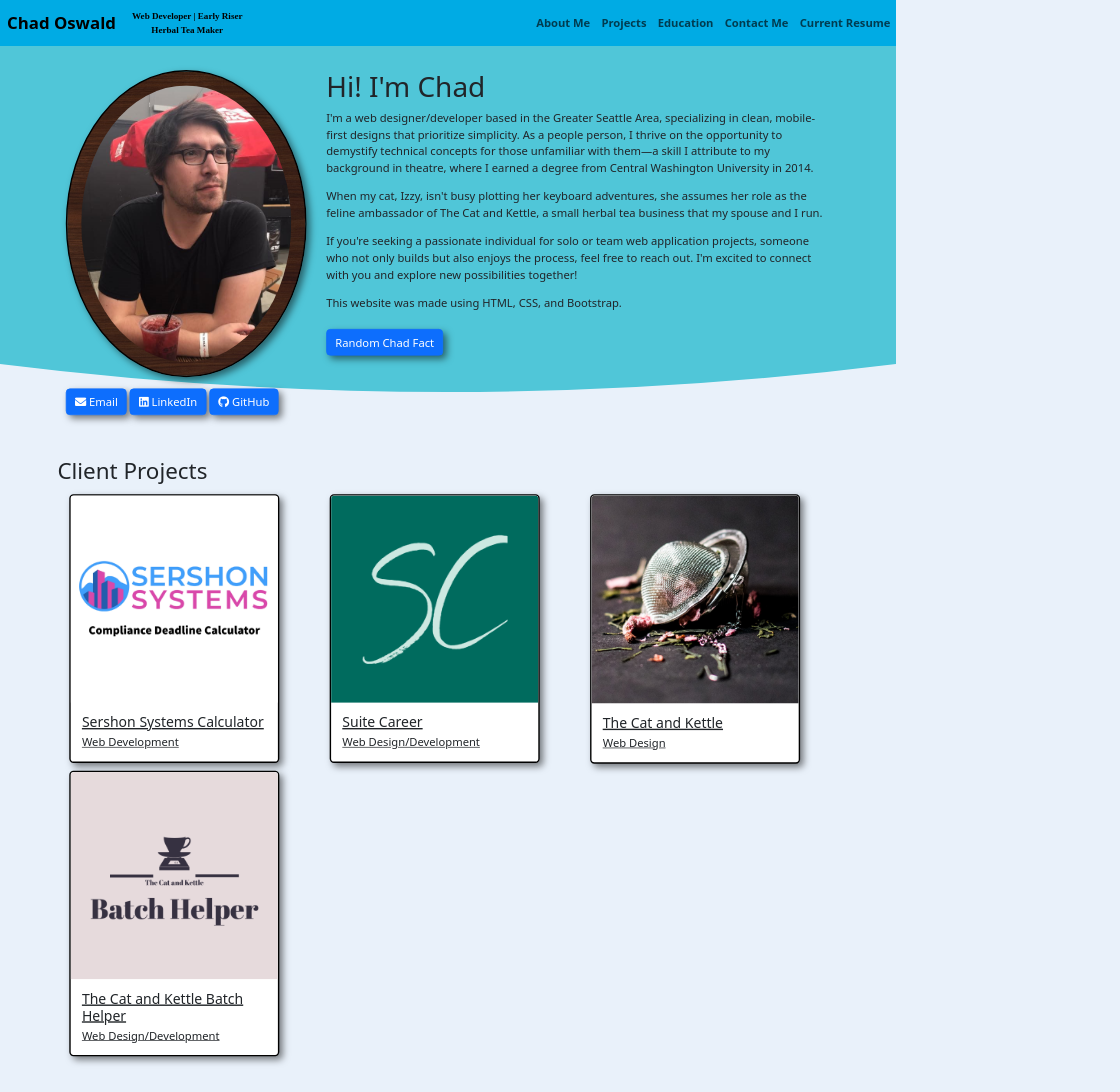
Repository: ChaidGPT/Portfolio
Page: index.html
An editor plug-in stored every save of this project. The page is shown before and after the next save, followed by the edit.
The browser window is 1280 px wide. The page is 1280 px wide, then 1600 px, so the pictures cover 1600 px, including what lies to the right of the window. The pictures show the part of the page from y = 0 to 1560 px (the page is 2611 px tall), at 70% of full size.

Above is the page before, as saved 2023-07-26 08:51:37.

After the next save:
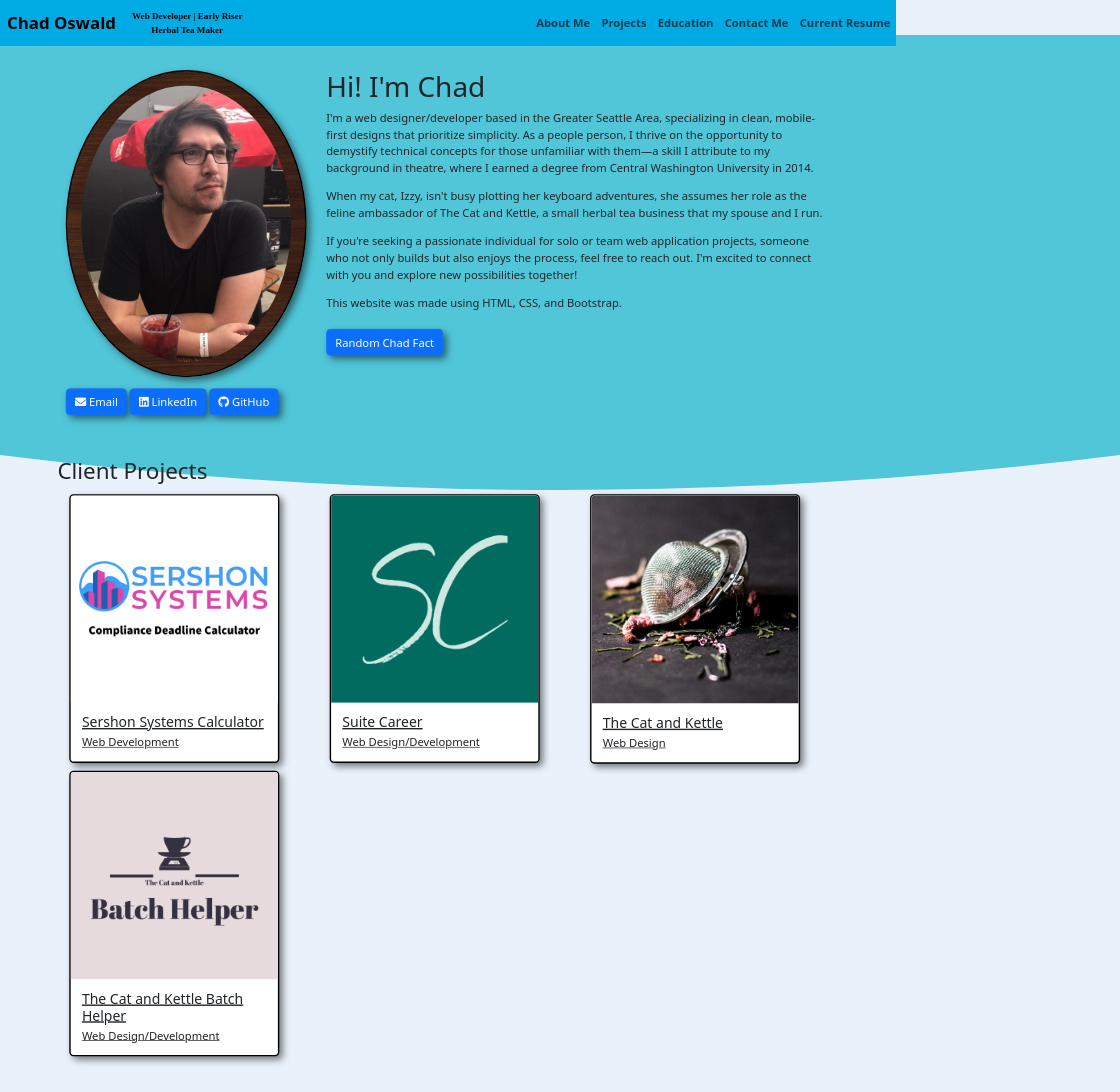
Saved 11 s later.
--- a/styles.css
+++ b/styles.css
@@ -163,7 +163,7 @@
 
   /* Style for the SVG element */
   .svg {
-    width: 100%;
-    height: 100%;
+    width: 125%;
+    height: 125%;
     display: block;
   }
